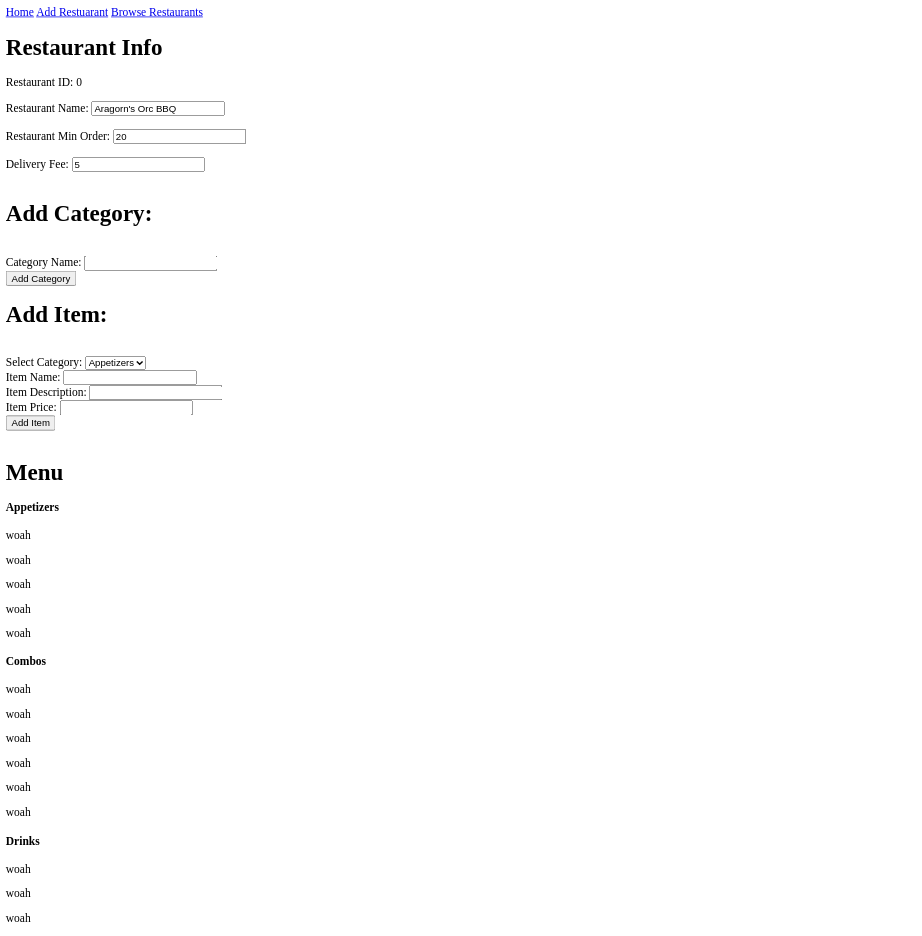
Repository: hudaali14/Carleton
Page: http://localhost/restaurants/0
An editor plug-in stored every save of this project. The page is shown before and after the next save, followed by the edit.
The browser window is 1280 px wide. The pictures show the whole page, at 72% of full size.
The page is served by the project's Node server (server.js).

Above is the page before, as saved 2020-03-12 18:32:16.

After the next save:
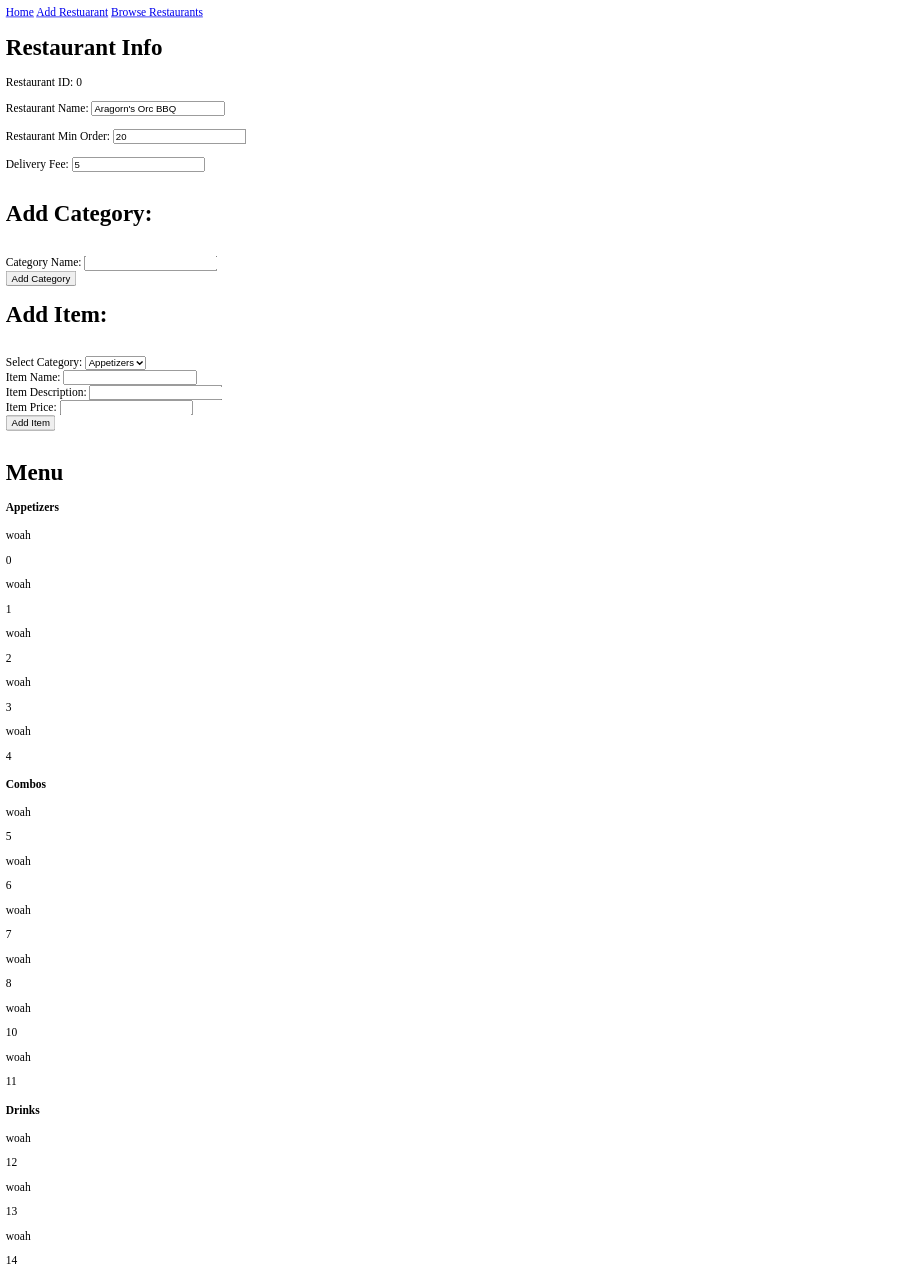
Saved 14 s later.
--- a/2406/Assignments/Assignment3 (100)/views/pages/restaurantpage.pug
+++ b/2406/Assignments/Assignment3 (100)/views/pages/restaurantpage.pug
@@ -56,4 +56,4 @@ body
         - let items = Object.keys(restaurant.menu[category])
         each item in items
             p woah
-            p #{item.name}
+            p #{item}
